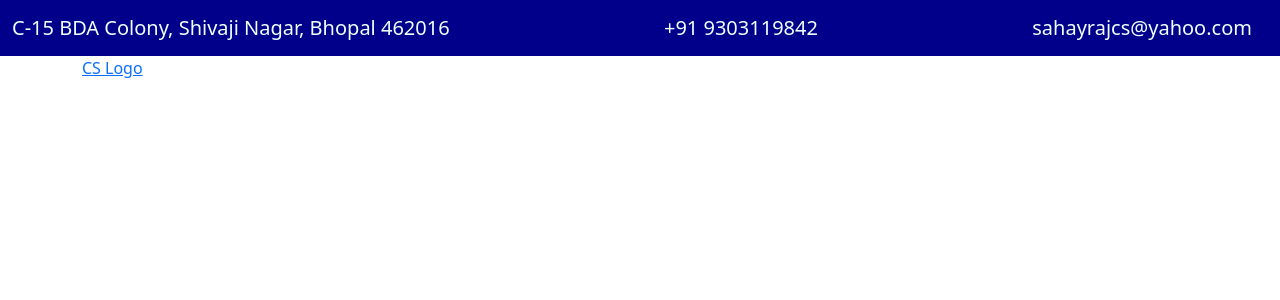
Repository: aayushiss/CS-RSS
Page: services.html
These files come from the project's save history. The page is drawn as it stood at one moment and after the next save; the edit follows.
The browser window is 1280 px wide. The pictures show the whole page.

Above is the page before, as saved 2025-05-15 21:36:30.

After the next save:
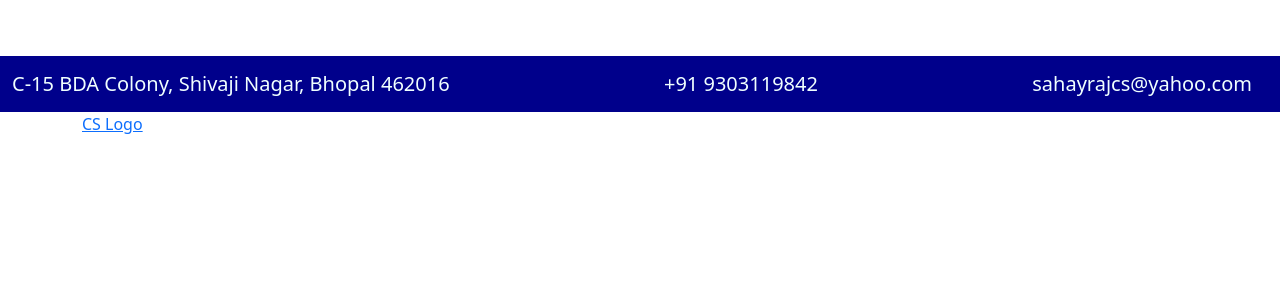
Saved 2 min 35 s later.
--- a/services.html
+++ b/services.html
@@ -9,7 +9,7 @@
   <link rel="stylesheet" type="text/css" href="style.css">
 </head>
 <body>
-    <nav class="navbar fixed-top custom-navbar">
+    <nav class="navbar custom-navbar">
         <div class="container-fluid d-flex justify-content-between">
           <a class="navbar-brand"
             href="https://www.google.com/maps/place/R+S+SHRIVASTAVA+%26+ASSOCIATES/@23.2288499,77.4244091,17z/data=!3m1!4b1!4m6!3m5!1s0x397c425fada83073:0xcb1e8ba90a487f4e!8m2!3d23.228845!4d77.426984!16s%2Fg%2F1td0r8v9?entry=ttu&g_ep=EgoyMDI1MDUxMi4wIKXMDSoASAFQAw%3D%3D"

After the save that followed:
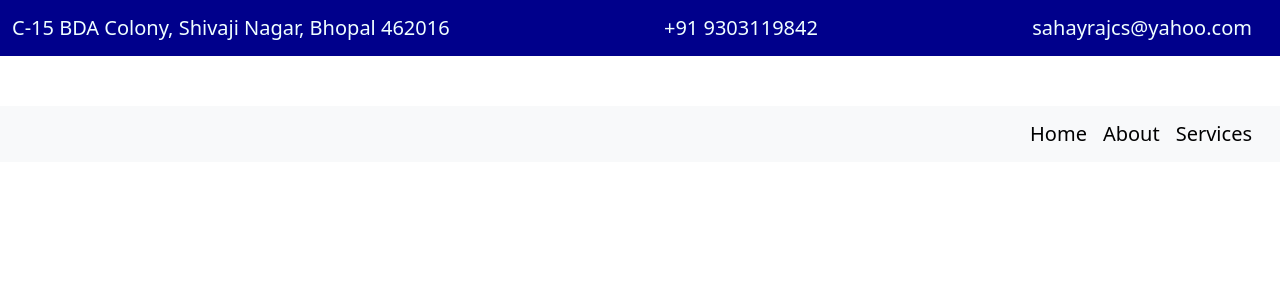
Saved 76 s later.
--- a/services.html
+++ b/services.html
@@ -9,7 +9,7 @@
   <link rel="stylesheet" type="text/css" href="style.css">
 </head>
 <body>
-    <nav class="navbar custom-navbar">
+    <nav class="navbar fixed-top custom-navbar">
         <div class="container-fluid d-flex justify-content-between">
           <a class="navbar-brand"
             href="https://www.google.com/maps/place/R+S+SHRIVASTAVA+%26+ASSOCIATES/@23.2288499,77.4244091,17z/data=!3m1!4b1!4m6!3m5!1s0x397c425fada83073:0xcb1e8ba90a487f4e!8m2!3d23.228845!4d77.426984!16s%2Fg%2F1td0r8v9?entry=ttu&g_ep=EgoyMDI1MDUxMi4wIKXMDSoASAFQAw%3D%3D"
@@ -17,10 +17,16 @@
           <a class="navbar-brand" href="" tel:+919303119842"">+91 9303119842</a>
           <a class="navbar-brand" href="mailto:sahayrajcs@yahoo.com">sahayrajcs@yahoo.com</a>
         </div>
-    </nav>
-    <div class="container">
-        <a href="cnk">CS Logo</a>
-    </div>
+      </nav>
+      <div class="navbar-space"></div>
+
+      <nav class="navbar sticky-top second-navbar bg-light">
+        <div class="container-fluid d-flex justify-content-end">
+          <a class="navbar-brand" href="index.html">Home</a>
+          <a class="navbar-brand" href="about.html">About</a>
+          <a class="navbar-brand" href="services.html">Services</a>
+        </div>
+      </nav>
 
 </body>
 </html>
